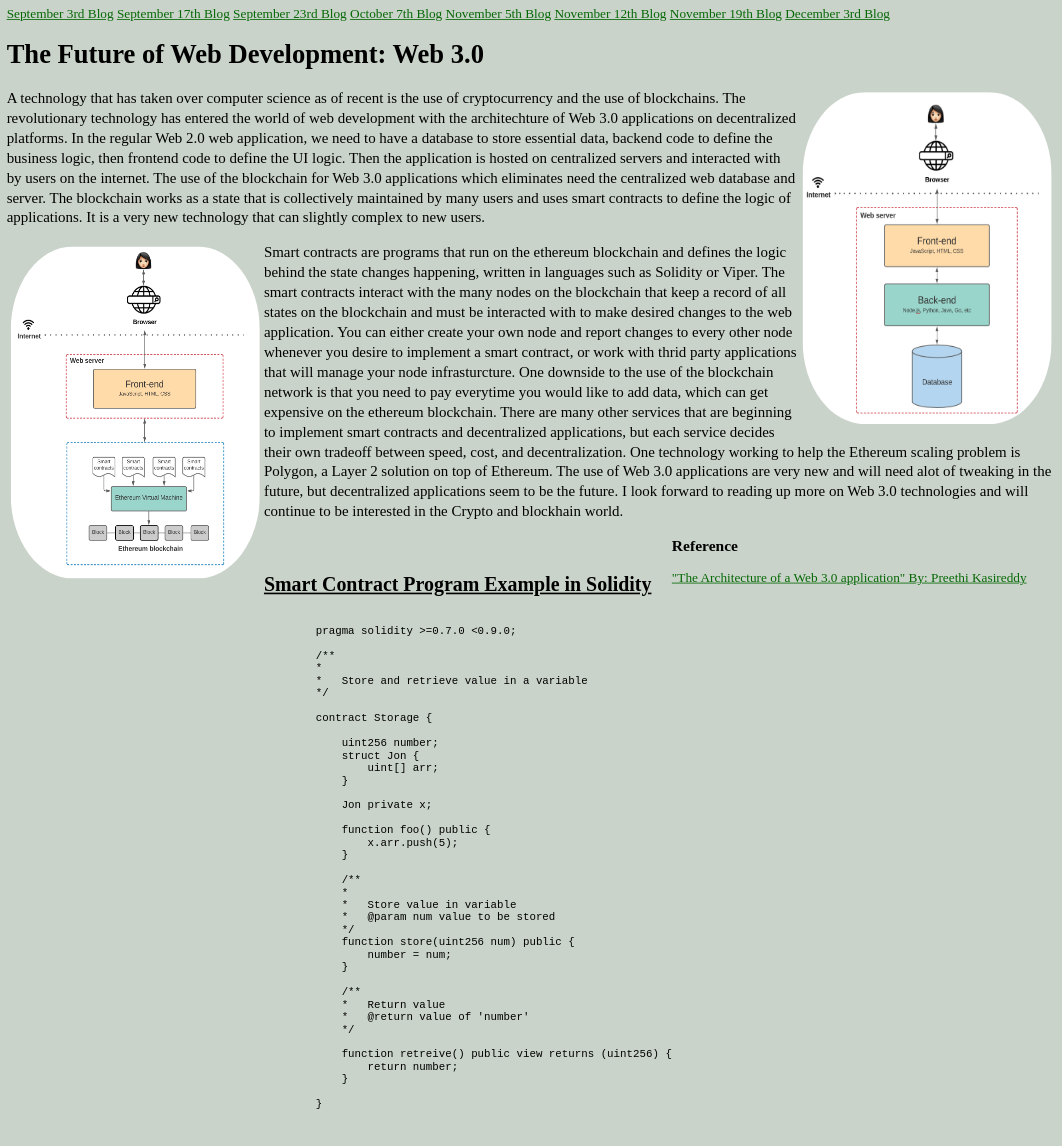
Repository: alharama/WebBlog
Page: Dec_3rd.html
An editor plug-in stored every save of this project. The page is shown before and after the next save, followed by the edit.
The browser window is 1280 px wide. The pictures show the whole page, at 83% of full size.

Above is the page before, as saved 2021-12-02 23:07:21.

After the next save:
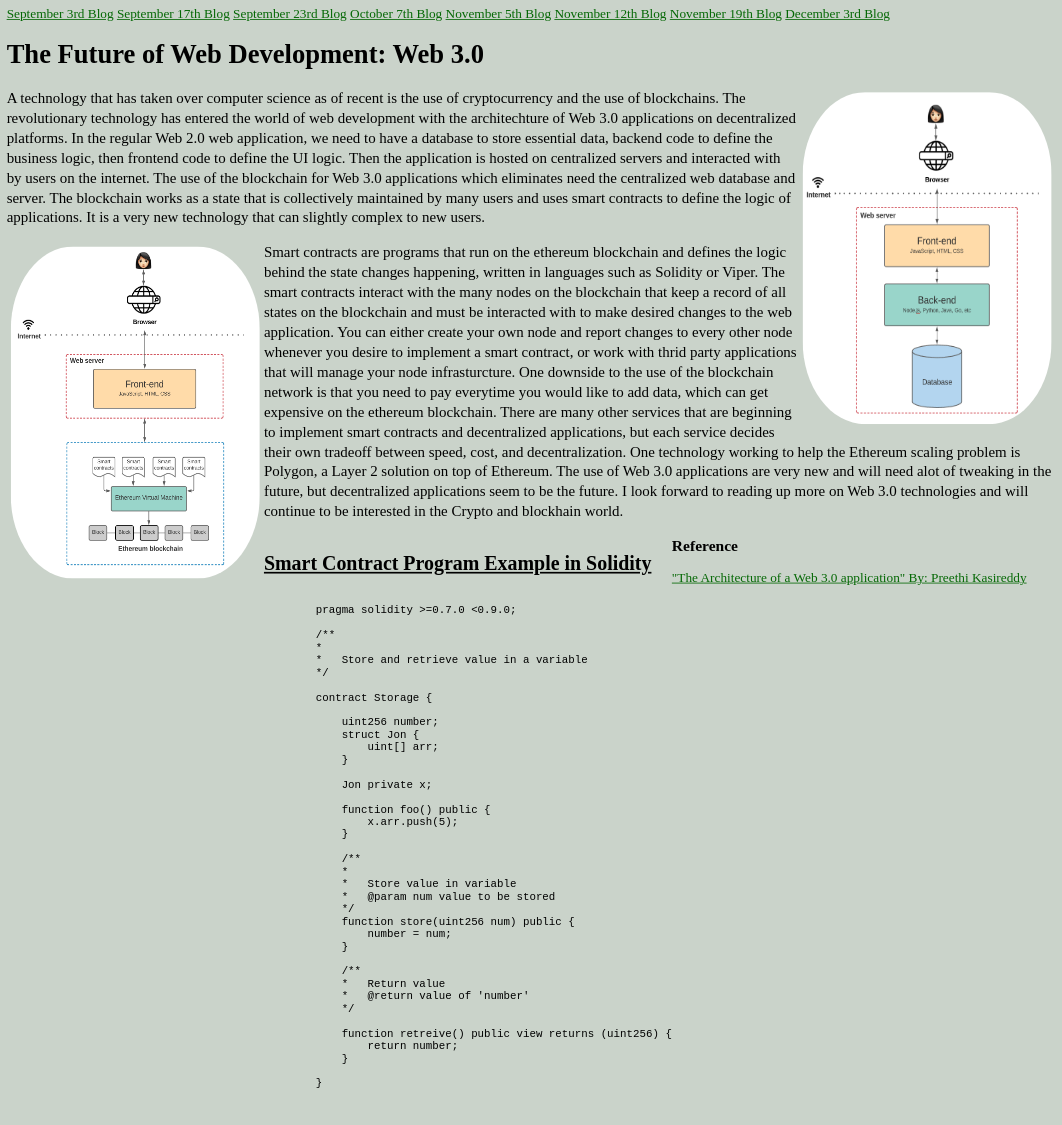
Saved 13 s later.
--- a/Dec_3rd.html
+++ b/Dec_3rd.html
@@ -53,7 +53,6 @@
       }
 
       body > #example_code {
-        padding-top: 25px;
         float: left;
       }
     </style>
